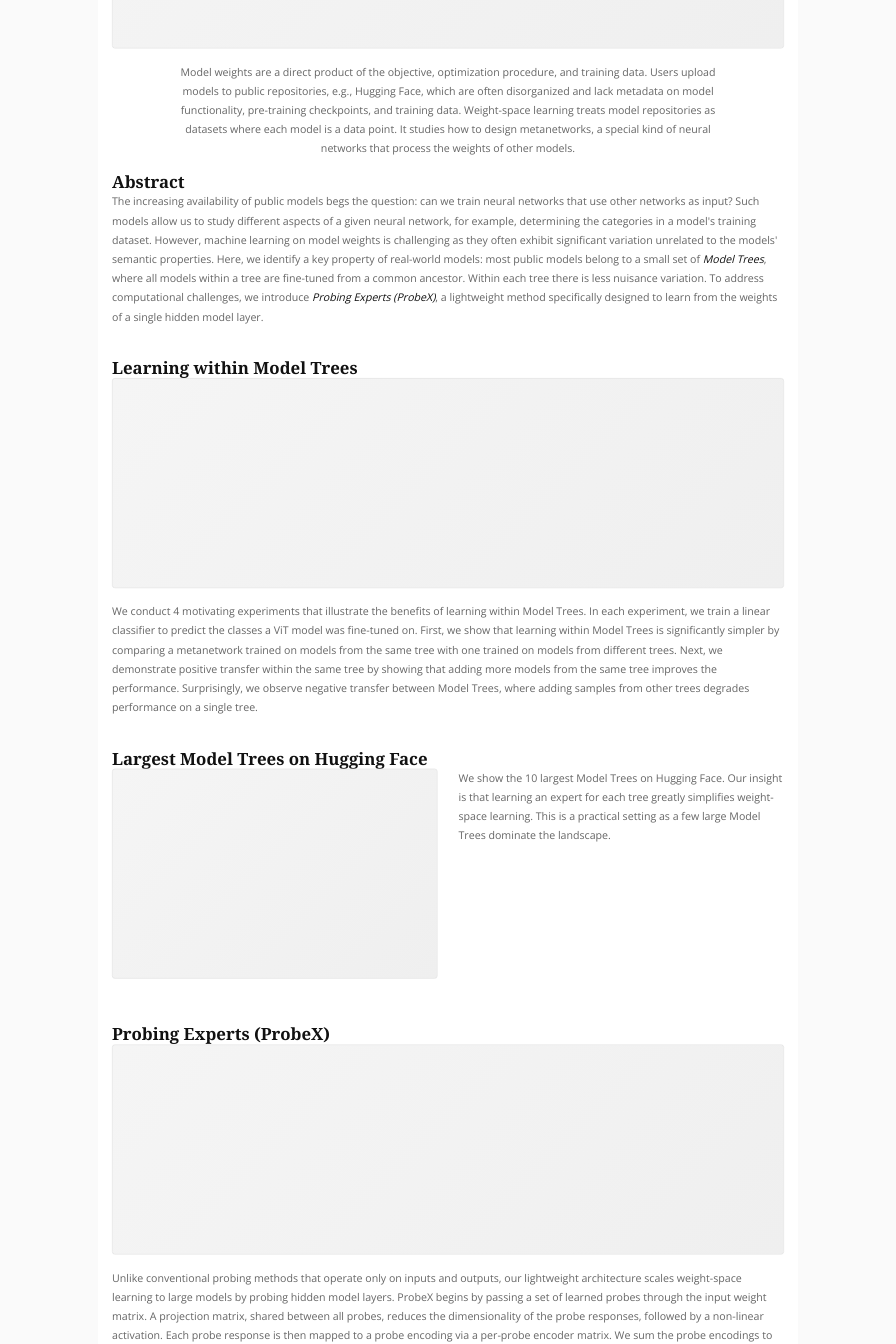
Repository: zty0304/FlowLines-web
Page: index.html
An editor plug-in stored every save of this project. The page is shown before and after the next save, followed by the edit.
The browser window is 1280 px wide. The pictures show the part of the page from y = 773 to 2693 px (the page is 3632 px tall before and 3932 px after), at 70% of full size.

Above is the page before, as saved 2026-08-31 15:24:06.

### index.html
<!DOCTYPE html>
<html lang="en">
  <head>
    <meta charset="UTF-8" />
    <meta name="viewport" content="width=device-width, initial-scale=1.0" />
    <meta name="description" content="Academic Research Paper Project Page" />
    <title>Your Paper Title</title>
    <link
      href="https://fonts.googleapis.com/css2?family=Noto+Serif:wght@400;700&family=Open+Sans:wght@400;600;700&display=swap"
      rel="stylesheet"
    />
    <link rel="stylesheet" href="styles.css" />
  </head>
  <body>
    <main class="content">
      <div class="header-section">
        <h1>Structure–Color Disentangled Anime Hair Synthesis via Flow Lines</h1>

        <div class="authors-line">
          <span><a href="#">Author A</a><sup>*</sup>, </span>
          <span><a href="#">Author B</a><sup>*</sup>, </span>
          <span><a href="#">Author C</a></span>
        </div>

        <div class="affiliation-line">
          <span>Institute A</span>
          <span>Institute B</span>
        </div>

        <div class="conference-line">
          <span>SIGGRAPH Asia 2026</span>
        </div>

        <div class="equal-contribution">
          <sup>*</sup>Indicates Equal Contribution
        </div>

        <div class="buttons-group">
          <a href="#" class="btn btn-paper">
            <span>📄</span>
            <span>Paper</span>
          </a>
          <a href="#" class="btn btn-code">
            <span>💻</span>
            <span>Code</span>
          </a>
          <a href="#" class="btn btn-arxiv">
            <span>📎</span>
            <span>arXiv</span>
          </a>
          <a href="#" class="btn btn-dataset">
            <span>🤗</span>
            <span>Dataset</span>
          </a>
        </div>
      </div>

      <article class="paper">
        <figure class="teaser-figure">
          <div class="placeholder-img large"></div>
        </figure>

        <div class="intro-text">
          <p>
            Model weights are a direct product of the objective, optimization procedure, and training
            data. Users upload models to public repositories, e.g., Hugging Face, which are often
            disorganized and lack metadata on model functionality, pre-training checkpoints, and
            training data. Weight-space learning treats model repositories as datasets where each
            model is a data point. It studies how to design metanetworks, a special kind of neural
            networks that process the weights of other models.
          </p>
        </div>

        <section class="paper-section">
          <h2>Abstract</h2>
          <p>
            The increasing availability of public models begs the question: can we train neural networks
            that use other networks as input? Such models allow us to study different aspects of a given
            neural network, for example, determining the categories in a model's training dataset. However,
            machine learning on model weights is challenging as they often exhibit significant variation
            unrelated to the models' semantic properties. Here, we identify a key property of real-world
            models: most public models belong to a small set of <em>Model Trees</em>, where all models within
            a tree are fine-tuned from a common ancestor. Within each tree there is less nuisance variation.
            To address computational challenges, we introduce <em>Probing Experts (ProbeX)</em>, a lightweight
            method specifically designed to learn from the weights of a single hidden model layer.
          </p>
        </section>

        <section class="paper-section">
          <h2>Learning within Model Trees</h2>
          <figure class="section-figure">
            <div class="placeholder-img"></div>
          </figure>
          <p>
            We conduct 4 motivating experiments that illustrate the benefits of learning within Model
            Trees. In each experiment, we train a linear classifier to predict the classes a ViT model
            was fine-tuned on. First, we show that learning within Model Trees is significantly simpler
            by comparing a metanetwork trained on models from the same tree with one trained on models
            from different trees. Next, we demonstrate positive transfer within the same tree by showing
            that adding more models from the same tree improves the performance. Surprisingly, we observe
            negative transfer between Model Trees, where adding samples from other trees degrades
            performance on a single tree.
          </p>
        </section>

        <section class="paper-section">
          <h2>Largest Model Trees on Hugging Face</h2>
          <div class="section-content">
            <figure class="section-figure">
              <div class="placeholder-img"></div>
            </figure>
            <p>
              We show the 10 largest Model Trees on Hugging Face. Our insight is that learning an expert
              for each tree greatly simplifies weight-space learning. This is a practical setting as a few
              large Model Trees dominate the landscape.
            </p>
          </div>
        </section>

        <section class="paper-section">
          <h2>Probing Experts (ProbeX)</h2>
          <figure class="section-figure">
            <div class="placeholder-img"></div>
          </figure>
          <p>
            Unlike conventional probing methods that operate only on inputs and outputs, our lightweight
            architecture scales weight-space learning to large models by probing hidden model layers.
            ProbeX begins by passing a set of learned probes through the input weight matrix. A projection
            matrix, shared between all probes, reduces the dimensionality of the probe responses, followed
            by a non-linear activation. Each probe response is then mapped to a probe encoding via a
            per-probe encoder matrix. We sum the probe encodings to obtain the final model encoding, which
            the predictor head maps to the task output.
          </p>
        </section>

        <section class="paper-section">
          <h2>Results</h2>
          <p>
            ProbeX achieves state-of-the-art results on the task of training category prediction, accurately
            identifying the specific classes within a model's training dataset. Excitingly, ProbeX can also
            align fine-tuned Stable Diffusion weights with language representations. This capability enables
            a new task: zero-shot model classification, where models are classified via a text prompt describing
            their training data.
          </p>
          <figure class="section-figure">
            <div class="placeholder-img"></div>
          </figure>
        </section>

        <section class="paper-section bibtex-section">
          <div class="bibtex-header">
            <h2>BibTeX</h2>
            <button class="copy-btn" onclick="copyToClipboard()">Copy</button>
          </div>
          <pre id="bibtex"><code>@inproceedings{yourpaper2026,
  title = {Structure--Color Disentangled Anime Hair Synthesis via Flow Lines},
  author = {Author A and Author B and Author C},
  booktitle = {SIGGRAPH Asia 2026 Conference Proceedings},
  year = {2026}
}</code></pre>
        </section>

        <div class="footer-note">
          <p>
            This page was built using the <a href="https://github.com/eliahuhorwitz/Academic-project-page-template">Academic Project Page Template</a> which was adopted from the <a href="https://nerfies.github.io/">Nerfies</a> project page.
          </p>
        </div>
      </article>
    </main>

    <script src="script.js"></script>
  </body>
</html>

### styles.css
:root {
  --text-color: #111;
  --muted-color: #666;
  --bg-color: #fff;
  --border-color: #e0e0e0;
}

* {
  margin: 0;
  padding: 0;
  box-sizing: border-box;
}

html {
  scroll-behavior: smooth;
}

body {
  font-family: 'Open Sans', 'Helvetica Neue', Helvetica, Arial, sans-serif;
  background-color: #fafafa;
  color: var(--text-color);
  line-height: 1.6;
}

main.content {
  max-width: 1000px;
  margin: 0 auto;
  padding: 40px 20px;
  background-color: var(--bg-color);
}

.header-section {
  text-align: center;
  margin-bottom: 50px;
}

h1 {
  font-size: 2.5rem;
  margin: 20px 0;
  color: var(--text-color);
}

article.paper {
  padding: 0;
}

h2, h3 {
  font-family: 'Noto Serif', serif;
  font-weight: 700;
  line-height: 1.2;
}

a {
  color: var(--text-color);
  text-decoration: none;
}

a:hover {
  text-decoration: underline;
}

.authors-line {
  font-size: 1rem;
  margin: 10px 0;
  color: var(--text-color);
}

.authors-line a {
  color: #0066cc;
  text-decoration: none;
  font-weight: 500;
}

.authors-line a:hover {
  text-decoration: underline;
}

.affiliation-line {
  font-size: 0.95rem;
  color: var(--muted-color);
  margin: 5px 0;
}

.affiliation-line span {
  margin: 0 10px;
}

.conference-line {
  font-size: 0.95rem;
  color: var(--muted-color);
  margin: 5px 0;
}

.equal-contribution {
  font-size: 0.85rem;
  color: var(--muted-color);
  margin: 8px 0;
}

.buttons-group {
  display: flex;
  justify-content: center;
  gap: 10px;
  margin-top: 20px;
  flex-wrap: wrap;
}

.btn {
  display: inline-flex;
  align-items: center;
  gap: 6px;
  padding: 8px 14px;
  border-radius: 4px;
  font-size: 0.9rem;
  font-weight: 600;
  text-decoration: none;
  transition: all 0.2s;
}

.btn-paper {
  background: #1a1a2e;
  color: #fff;
}

.btn-paper:hover {
  background: #0a0a1e;
}

.btn-code {
  background: #2a2a4e;
  color: #fff;
}

.btn-code:hover {
  background: #1a1a3e;
}

.btn-arxiv {
  background: #3a3a6e;
  color: #fff;
}

.btn-arxiv:hover {
  background: #2a2a5e;
}

.btn-dataset {
  background: #f0a54d;
  color: #1a1a2e;
}

.btn-dataset:hover {
  background: #e69a38;
}

.teaser-figure {
  margin: 30px 0 20px 0;
  width: 100%;
}

.placeholder-img {
  width: 100%;
  background: linear-gradient(135deg, #f5f5f5 0%, #efefef 100%);
  border: 1px solid var(--border-color);
  border-radius: 4px;
}

.placeholder-img.large {
  height: 400px;
}

.intro-text {
  max-width: 800px;
  margin: 20px auto;
  text-align: center;
}

.intro-text p {
  font-size: 0.95rem;
  line-height: 1.8;
  color: var(--muted-color);
}

.paper-section {
  margin-bottom: 45px;
}

.paper-section p {
  font-size: 0.95rem;
  line-height: 1.8;
  color: var(--muted-color);
  margin-bottom: 15px;
}

.paper-section em {
  font-style: italic;
  color: var(--text-color);
}

.section-content {
  display: grid;
  grid-template-columns: 1fr 1fr;
  gap: 30px;
  align-items: start;
}

.section-figure {
  margin: 0 0 20px 0;
  width: 100%;
}

.placeholder-img {
  width: 100%;
  height: 300px;
  background: linear-gradient(135deg, #f5f5f5 0%, #efefef 100%);
  border: 1px solid var(--border-color);
  border-radius: 4px;
}

.bibtex-section {
  margin-top: 50px;
}

.bibtex-header {
  display: flex;
  justify-content: space-between;
  align-items: center;
  margin-bottom: 15px;
}

.copy-btn {
  background: none;
  border: 1px solid var(--border-color);
  padding: 6px 12px;
  cursor: pointer;
  font-size: 0.9rem;
  font-weight: 500;
  border-radius: 4px;
  display: flex;
  align-items: center;
  gap: 6px;
  color: var(--text-color);
}

.copy-btn:hover {
  background: #f5f5f5;
}

pre {
  background: #1a1a1a;
  color: #f1f1f1;
  padding: 15px 15px;
  border-radius: 4px;
  overflow-x: auto;
  font-size: 0.85rem;
  line-height: 1.5;
}

pre code {
  font-family: 'Courier New', monospace;
}

.footer-note {
  margin-top: 60px;
  padding-top: 30px;
  border-top: 1px solid var(--border-color);
  font-size: 0.85rem;
  color: var(--muted-color);
}

.footer-note a {
  color: var(--text-color);
  text-decoration: underline;
}

@media (max-width: 768px) {
  h1 {
    font-size: 2rem;
  }

  h2 {
    font-size: 1.4rem;
  }

  main.content {
    padding: 40px 15px;
  }

  .intro-section,
  .section-content {
    grid-template-columns: 1fr;
    gap: 20px;
  }

  .links-row {
    flex-direction: column;
    gap: 10px;
  }

  .placeholder-img {
    height: 250px;
  }
}

### script.js
function copyToClipboard() {
  const bibtex = document.getElementById('bibtex');
  const text = bibtex.textContent;
  navigator.clipboard.writeText(text).then(() => {
    const btn = document.querySelector('.copy-btn');
    const originalText = btn.innerHTML;
    btn.innerHTML = '<span>Copied!</span>';
    setTimeout(() => {
      btn.innerHTML = originalText;
    }, 2000);
  }).catch(err => {
    console.error('Failed to copy:', err);
  });
}

After the next save:
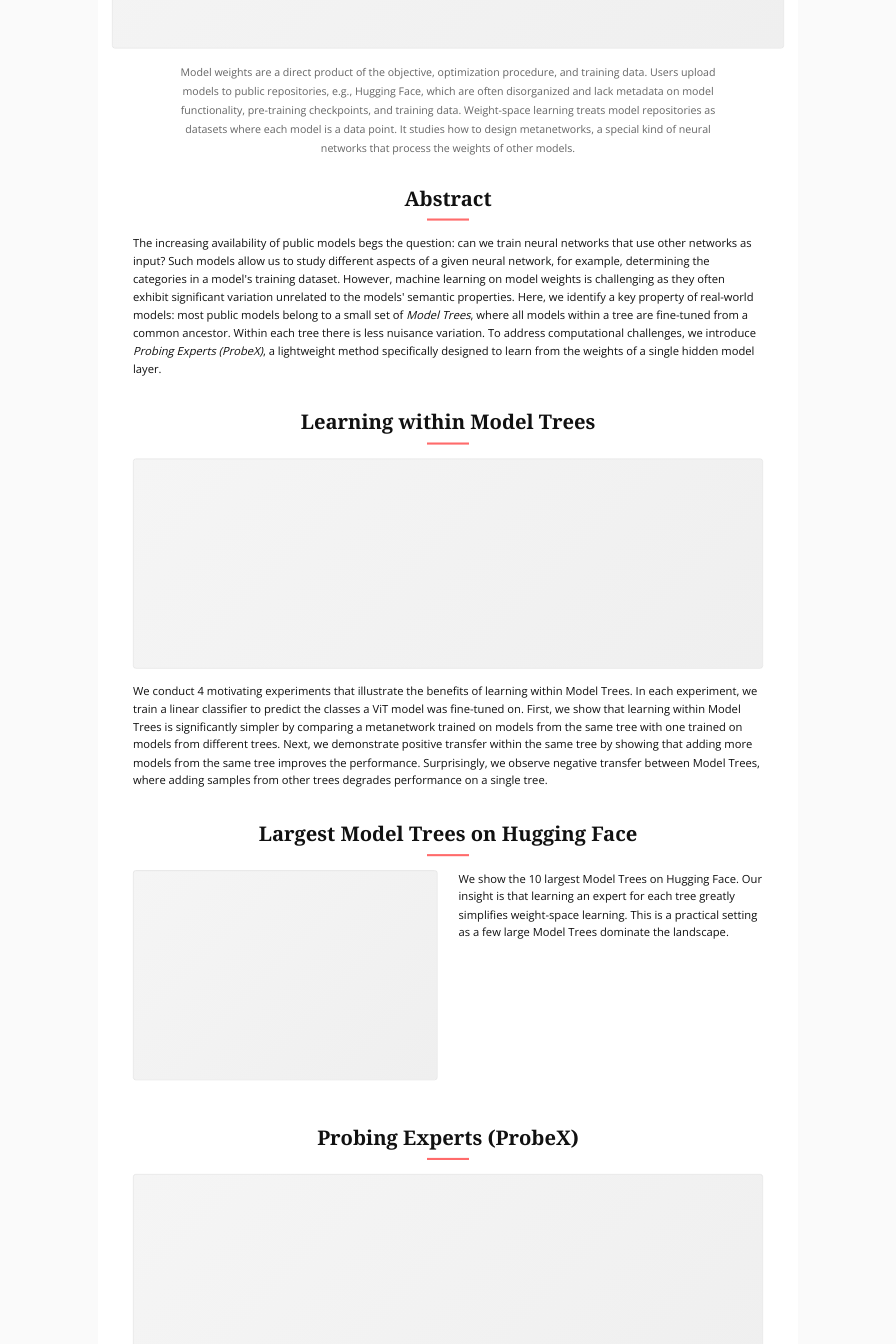
Saved 6 s later.
--- a/styles.css
+++ b/styles.css
@@ -183,18 +183,29 @@ a:hover {
 
 .paper-section {
   margin-bottom: 45px;
-}
-
-.paper-section p {
-  font-size: 0.95rem;
-  line-height: 1.8;
-  color: var(--muted-color);
-  margin-bottom: 15px;
-}
-
-.paper-section em {
-  font-style: italic;
-  color: var(--text-color);
+  max-width: 900px;
+  margin-left: auto;
+  margin-right: auto;
+}
+
+.paper-section h2 {
+  font-size: 1.8rem;
+  margin: 40px 0 20px 0;
+  text-align: center;
+  color: var(--text-color);
+  position: relative;
+  padding-bottom: 15px;
+}
+
+.paper-section h2::after {
+  content: '';
+  position: absolute;
+  bottom: 0;
+  left: 50%;
+  transform: translateX(-50%);
+  width: 60px;
+  height: 3px;
+  background: #ff6b6b;
 }
 
 .section-content {
